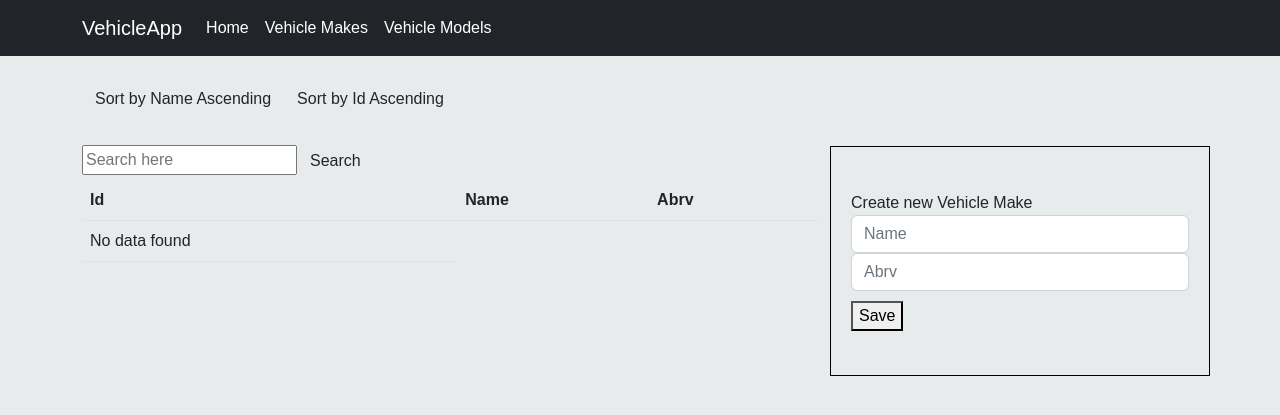
Repository: magdalenarajic/VehicleFrontend
Page: /Makes
An editor plug-in stored every save of this project. The page is shown before and after the next save, followed by the edit.
The browser window is 1280 px wide. The pictures show the whole page.
The page's requests for data from a server got no answer. The project was rebuilt for these pictures with package versions that can differ from the ones it lists, and the page was loaded fresh each time. No one was signed in, and anything a server would have sent is missing. Also part of the build but not shown: src/components/Home.js, src/services/modelService.js, src/stores/modelStore.js, src/components/VehicleModel.js.

Above is the page before, as saved 2023-03-11 10:06:44.

### public/index.html
<!DOCTYPE html>
<html lang="en">
  <head>
    <meta charset="utf-8" />
    <link rel="icon" href="%PUBLIC_URL%/favicon.ico" />
    <meta name="viewport" content="width=device-width, initial-scale=1" />
    <meta name="theme-color" content="#000000" />
    <meta
      name="description"
      content="Web site created using create-react-app"
    />
    <link rel="apple-touch-icon" href="%PUBLIC_URL%/logo192.png" />
    <!--
      manifest.json provides metadata used when your web app is installed on a
      user's mobile device or desktop. See https://developers.google.com/web/fundamentals/web-app-manifest/
    -->
    <link rel="manifest" href="%PUBLIC_URL%/manifest.json" />
    <!--
      Notice the use of %PUBLIC_URL% in the tags above.
      It will be replaced with the URL of the `public` folder during the build.
      Only files inside the `public` folder can be referenced from the HTML.

      Unlike "/favicon.ico" or "favicon.ico", "%PUBLIC_URL%/favicon.ico" will
      work correctly both with client-side routing and a non-root public URL.
      Learn how to configure a non-root public URL by running `npm run build`.
    -->
    <link
  rel="stylesheet"
  href="https://cdn.jsdelivr.net/npm/bootstrap@5.2.3/dist/css/bootstrap.min.css"
  integrity="sha384-rbsA2VBKQhggwzxH7pPCaAqO46MgnOM80zW1RWuH61DGLwZJEdK2Kadq2F9CUG65"
  crossorigin="anonymous"
/>
    <title>React App</title>
  </head>
  <body>
    <noscript>You need to enable JavaScript to run this app.</noscript>
    <div id="root"></div>
    <!--
      This HTML file is a template.
      If you open it directly in the browser, you will see an empty page.

      You can add webfonts, meta tags, or analytics to this file.
      The build step will place the bundled scripts into the <body> tag.

      To begin the development, run `npm start` or `yarn start`.
      To create a production bundle, use `npm run build` or `yarn build`.
    -->
  </body>
</html>

### src/index.css
body {
  background-color: rgb(231, 235, 236);
  font-family: -apple-system, BlinkMacSystemFont, 'Segoe UI', 'Roboto', 'Oxygen',
    'Ubuntu', 'Cantarell', 'Fira Sans', 'Droid Sans', 'Helvetica Neue',
    sans-serif;
}

code {
  font-family: source-code-pro, Menlo, Monaco, Consolas, 'Courier New',
    monospace;
}

### src/App.js
import './App.css';
import { Home } from './components/Home';
import VehicleMake  from './components/VehicleMake';
import {Navigation} from './components/Navigation';
import VehicleModel from './components/VehicleModel';

import {BrowserRouter, Route, Routes} from 'react-router-dom';

function App() {
  return (
    <BrowserRouter>
    <div >
    <header>
      </header>
      <div>
      <Navigation/>
       <Routes>
        <Route path='/' element={<Home/>} />
        <Route path='/Makes' element={<VehicleMake/>} />
        <Route path='/Models' element={<VehicleModel/>} />
       </Routes>
    </div>
    </div>
    </BrowserRouter>
  );
}

export default App;

### src/App.css
.App {
  text-align: center;
}
body {
  font-family: Arial;
}

### src/components/VehicleMake.js
import React, { useEffect, useState } from "react";
import { Observer } from "mobx-react";
import makeStore from "../stores/makeStore";
import { Container, Table, Col, Row, CloseButton, Pagination  } from "react-bootstrap";

const MakeList = () => {
  const [showForm, setShowForm] = useState(false);
  const handleShow = () => setShowForm(true);

  const [error, setErrorForm] = useState(false);
  const handleError = () => setErrorForm(true);

  const [name, setName] = useState("");
  const [abrv, setAbrv] = useState("");

  const [editName, setEditName] = useState("");
  const [editAbrv, setEditAbrv] = useState("");
  const [editId, setEditId] = useState("");

  const [searchInput, setSearchInput] = useState("");



  useEffect(() => {
    makeStore.getData();
  }, []);

  const getSingleData = (id) => {
    handleShow();
    makeStore.getSingleData(id).then((result) => {
      setEditName(result.data.Name);
      setEditAbrv(result.data.Abrv);
      setEditId(result.data.Id);
    });
  };

  const updateData = () => {
    const data = {
      name: editName,
      abrv: editAbrv,
    };
    const id = {
      Id: editId,
    };
    console.log(data, id);
    makeStore.updateData(editName, editAbrv, editId);
    setEditName("");
    setEditAbrv("");
    setEditId("");
  };

  const deleteData = (id) => {
    makeStore.deleteData(id);
  };

  const saveData = () => {
    if (abrv === "" && name === "") {
      handleError();
    } else {
      makeStore.createData(abrv, name);
      setName("");
      setAbrv("");
      window.location.reload(true);
    };
  };

  const handleSort = () => {
    makeStore.sortData();
  };

  const handleGetData = () => {
    makeStore.getData();
  };

  const handleFilterData = () => {
    console.log(searchInput);
    makeStore.filterDataByName(searchInput);
    setSearchInput("");
  };

  return (
    <Observer>
      {() => (
        <>
          <Container>
            <Row>
              <Col sm={8}>
                <Col>
                  {" "}
                  <br />
                  <button
                    variant="outline-dark"
                    className="btn "
                    onClick={() => handleSort()}
                  >
                    Sort by Name Ascending
                  </button>
                  <button
                    variant="outline-dark"
                    className="btn"
                    onClick={() => handleGetData()}
                  >
                    Sort by Id Ascending
                  </button>
                </Col>
                <Col>
                  <br />
                  <input
                    type={"text"}
                    placeholder="Search here"
                    value={searchInput}
                    onChange={(e) => setSearchInput(e.target.value)}
                  />
                  <button className="btn" onClick={handleFilterData}>
                    Search
                  </button>
                </Col>
                <Table>
                  <thead>
                    <tr>
                      <th> Id </th>
                      <th> Name</th>
                      <th> Abrv</th>
                    </tr>
                  </thead>
                  <tbody>
                    {makeStore.vehicleData &&
                    makeStore.vehicleData.length > 0 ? (
                      makeStore.vehicleData.map((make, index) => {
                        return (
                          <tr key={index}>
                            <td>{make.Id}</td>
                            <td>{make.Name}</td>
                            <td>{make.Abrv}</td>
                            <td>
                              <button
                                className="btn btn-dark"
                                onClick={() => deleteData(make.Id)}
                                style={{
                                  marginRight: "10px",
                                }}
                              >
                                Delete
                              </button>
                              <button
                                className="btn btn-dark"
                                onClick={() => getSingleData(make.Id)}
                              >
                                Edit
                              </button>
                            </td>
                          </tr>
                        );
                      })
                    ) : (
                      <tr>
                        <td>No data found</td>
                      </tr>
                    )}
                  </tbody>
                </Table>
                <Col>
                <div>
                <Pagination count={10} />
            </div>
            </Col>
              </Col>
              <Col
                sm={4}
                style={{
                  height: "95%",
                  border: "1px solid black",
                  alignSelf: "center",
                  padding: "20px",
                  marginTop: "90px"
                }}
              >
                <br />
                <label> Create new Vehicle Make</label>
                <br />
                <input
                  type={"text"}
                  className="form-control"
                  placeholder="Name"
                  value={name}
                  onChange={(e) => setName(e.target.value)}
                  required
                ></input>
                <input
                  type={"text"}
                  className="form-control"
                  placeholder="Abrv"
                  value={abrv}
                  onChange={(e) => setAbrv(e.target.value)}
                  required
                ></input>
                <Col>
                  <button
                    className="create-button"
                    onClick={() => saveData()}
                    style={{
                      marginTop: "10px",
                    }}
                  >
                    Save
                  </button>
                </Col>
                {error && (
                  <Col>
                    <label> Please enter name and abrv!</label>
                  </Col>
                )}
                <br></br>
              </Col>
            </Row>
            {showForm && (
              <Col
                style={{
                  height: "95%",
                  border: "1px solid black",
                  alignSelf: "center",
                  padding: "20px",
                }}
              >
                <Col>
                  <CloseButton
                    style={{ float: "right" }}
                    variant="dark"
                    onClick={() => setShowForm(false)}
                  />
                  <br />
                </Col>
                <label> Update Vehicle Make</label>
                <br />
                <input
                  type={"text"}
                  className="form-control"
                  placeholder="Name"
                  value={editName}
                  onChange={(e) => setEditName(e.target.value)}
                ></input>
                <input
                  type={"text"}
                  className="form-control"
                  placeholder="Abrv"
                  value={editAbrv}
                  onChange={(e) => setEditAbrv(e.target.value)}
                ></input>
                <Col>
                  <button
                    className="create-button"
                    style={{
                      marginTop: "10px",
                    }}
                    onClick={() => updateData()}
                  >
                    Save Changes
                  </button>
                </Col>
                <br></br>
              </Col>
            )}
          </Container>
        </>
      )}
    </Observer>
  );
};

export default MakeList;

### src/components/Navigation.js
import React, { Component } from "react";
import { Navbar, Nav , Container} from "react-bootstrap";


export class Navigation extends Component {
  render() {
    return (
      <Navbar bg="dark" variant="dark">
      <Container>
      <Navbar.Brand href="#home">VehicleApp </Navbar.Brand>
        <Nav variant="pills" className="me-auto" >
          <Nav.Link className="d-inline p-2 text-white " href="/">
            Home
          </Nav.Link>
          <Nav.Link className="d-inline p-2 text-white" href="/makes">
            Vehicle Makes
          </Nav.Link>
          <Nav.Link className="d-inline p-2 text-white" href="/models">
            Vehicle Models
          </Nav.Link>
        </Nav>
        </Container>
      </Navbar>
    );
  }
}

### src/stores/makeStore.js
import { observable, action, makeObservable } from "mobx";
import makeService from "../services/makeService";

class MakeStore {
  constructor() {
    makeObservable(this, {
      status: observable,
      vehicleData: observable,
      singleData: observable,
      getData: action,
      createData: action,
      deleteData: action,
      updateData: action,
      getSingleData: action,
    });
  }

  status = "initial";
  vehicleData = [];
  singleData = [];

  getData = () => {
    makeService
      .getVehicleMakes()
      .then((result) => {
        this.vehicleData = result.data;
      })
      .catch((error) => {
        console.log(error);
        this.status = "error";
      });
  };

  getSingleData = (id) => {
    return makeService.getVehicleMake(id);
  };

  createData = (abrv, name) => {
    const vehicleData = { Abrv: abrv, Name: name };

    makeService.postVehicleMake(vehicleData).then((response) => {
      if (response.body === true) {
        this.status = "success";
        this.getData();
      }
    });
  };

  deleteData = (id) => {
    makeService.deleteVehicleMake(id).then((response) => {
      this.getData();
    });
  };

  updateData = (name, abrv, id) => {
    const singleData = { Name: name, Abrv: abrv };
    makeService.putVehicleMake(id, singleData).then((response) => {
      this.getData();
    });
  };

  sortData = () => {
    makeService
      .getOrderedMakes()
      .then((result) => {
        this.vehicleData = result.data;
      })
      .catch((error) => {
        console.log(error);
        this.status = "error";
      });
  };

  filterDataByName = (searchInput) => {
    const name = searchInput;
    makeService.getFilteredMakes(name)
    .then((result) => {
      this.vehicleData = result.data;
      console.log(result);
    })
    .catch((error) => {
      console.log(error);
      this.status = "error";
    });
  }
}

const makeStore = new MakeStore();

// makeStore.getSingleData(60).then((result) => console.log(result.data));
export default makeStore;

### src/services/makeService.js
import axios from "axios";

const errorHandler = (error) => {
  console.log(error);
};

const baseUrl = "https://localhost:44304/api/VehicleMakes";

class MakeService {
  getVehicleMakes = () => {
    return axios.get(`${baseUrl}`).catch(errorHandler);
  };

  getVehicleMake = (id) => {
    return axios.get(`${baseUrl}/${id}`).catch(errorHandler);
  };

  item = {
    Name: " ",
    Abrv: " ",
  };
  postVehicleMake = (item) => {
    return axios.post(`${baseUrl}`, item).catch(errorHandler);
  };

  deleteVehicleMake = (id) => {
    return axios.delete(`${baseUrl}/${id}/`).catch(errorHandler);
  };

  putVehicleMake = (id, item) => {
    return axios.put(`${baseUrl}/${id}`, item).catch(errorHandler);
  };

  getOrderedMakes = () => {
    return axios
      .get("https://localhost:44304/api/OrderedVehicleMakes")
      .catch(errorHandler);
  };

  getFilteredMakes = (name) => {
    return axios
      .get(`https://localhost:44304/api/FilteredVehicleMakes?name=${name}`)
      .catch(errorHandler);
  };

}
const makeService = new MakeService();
export default makeService;
// testing -- getVehicleMakes().then((result) => console.log(result));

Loaded but not shown: src/index.js (common file); src/reportWebVitals.js (common file)

After the next save:
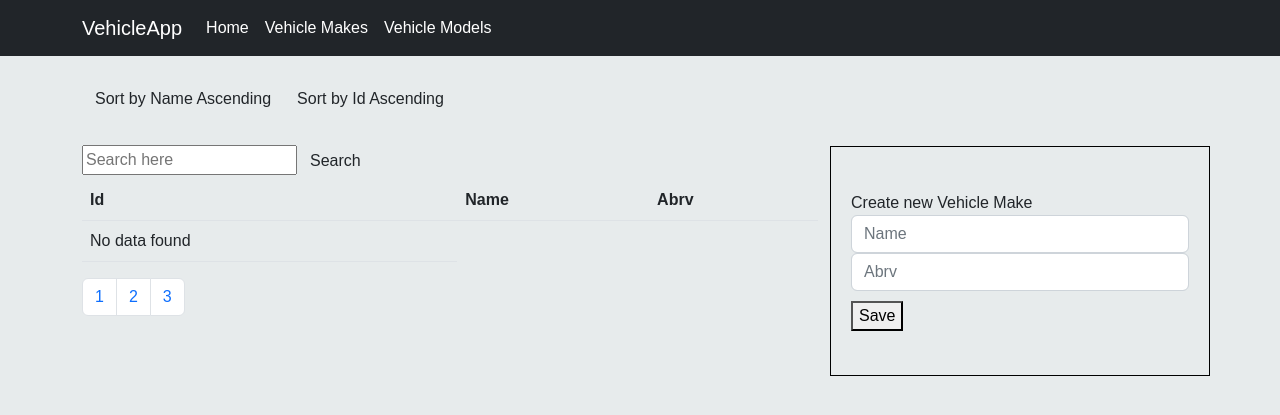
Saved 6 min 41 s later.
--- a/src/components/VehicleMake.js
+++ b/src/components/VehicleMake.js
@@ -160,9 +160,18 @@ const MakeList = () => {
                   </tbody>
                 </Table>
                 <Col>
-                <div>
-                <Pagination count={10} />
-            </div>
+                <Pagination>
+ <Pagination.Item value={1} >
+   {1}
+ </Pagination.Item>
+ <Pagination.Item value={2}>
+   {2}
+ </Pagination.Item>
+ <Pagination.Item value={3} >
+   {3}
+ </Pagination.Item>
+</Pagination>
+
             </Col>
               </Col>
               <Col
